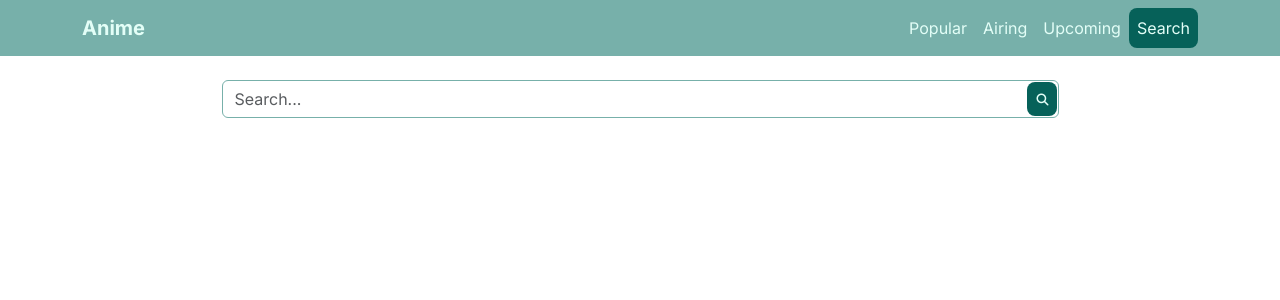
Repository: YomnaWegdan/anime
Page: /search
These files come from the project's save history. The page is drawn as it stood at one moment and after the next save; the edit follows.
The browser window is 1280 px wide. The pictures show the whole page.
The project was rebuilt for these pictures with package versions that can differ from the ones it lists, and the page was loaded fresh each time. The framework's server and built-in components were replaced by stand-ins that run in the browser. Also part of the build but not shown: next.config.mjs, src/app/animateCard/animateCard.jsx.

Above is the page before, as saved 2024-05-17 21:59:54.

After the next save:
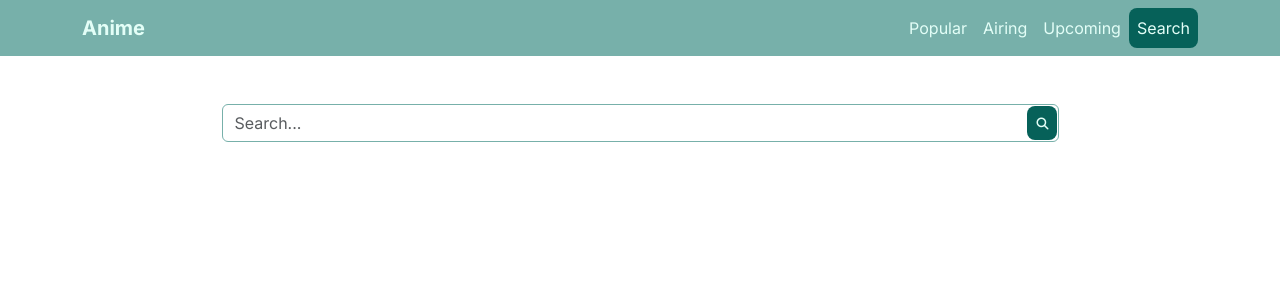
Saved 23 s later.
--- a/src/app/(components)/search/page.jsx
+++ b/src/app/(components)/search/page.jsx
@@ -31,7 +31,7 @@ const handleSubmit = async (e) =>{
 
 
   return (
-    <div className='  mt-4'>
+    <div className='mt-5'>
     <div className=' position-relative'>
       <input className=' form-control  w-75 mx-auto ' placeholder='Search...'   onChange={handleChange}
       value={searchValue}/>
